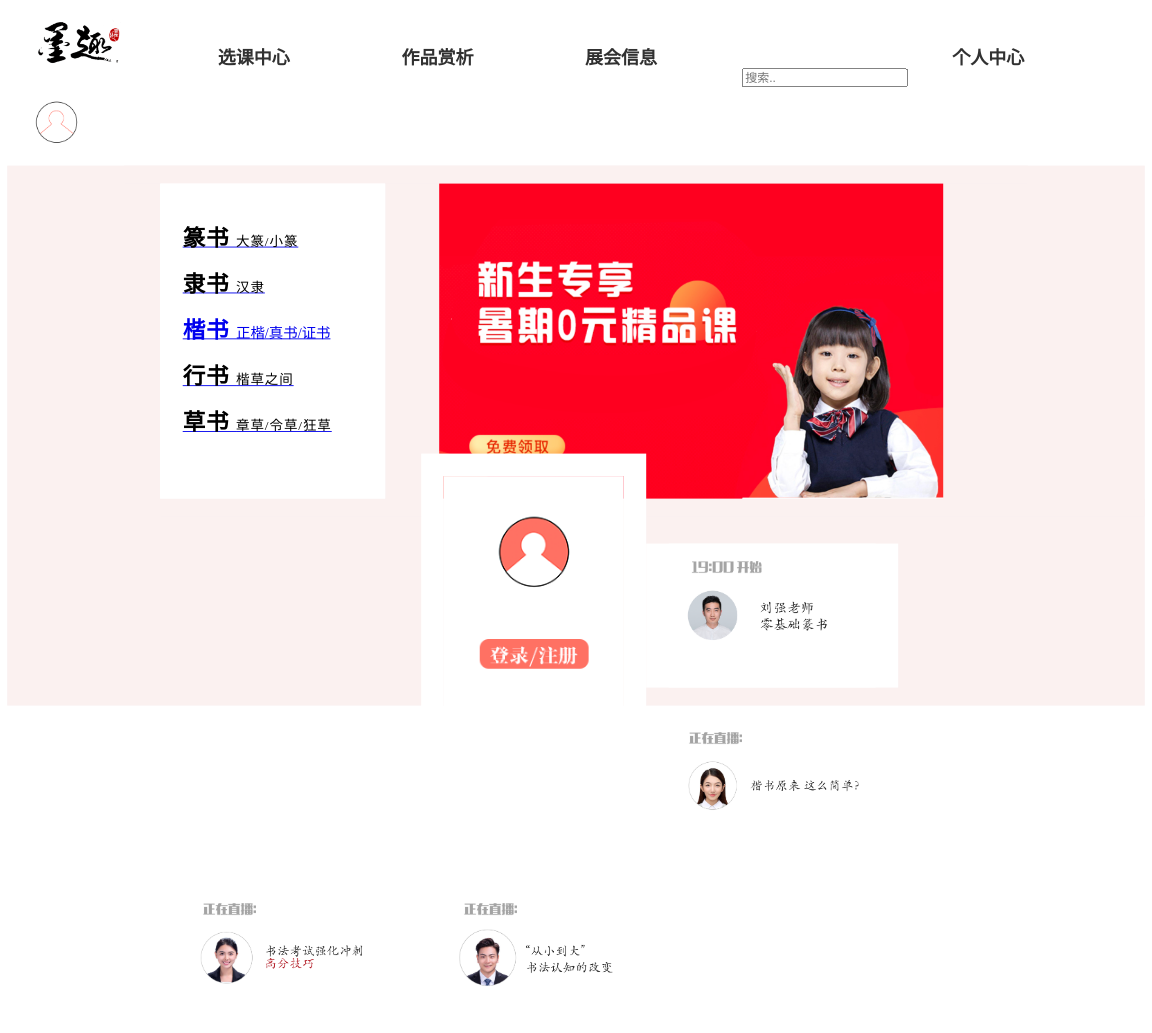
Repository: YukiXueyan/moquWebsite
Page: src/index.html
These files come from the project's save history. The page is drawn as it stood at one moment and after the next save; the edit follows.
The browser window is 1280 px wide. The pictures show the whole page, at 90% of full size.

Above is the page before, as saved 2020-07-04 19:22:07.

### src/index.html
<!DOCTYPE html>
<!--展会信息详情-->
<html>
<head>
<meta charset="utf-8">
<link rel="stylesheet" href="../css/menu.css"/>
<title></title>
<style>
    <!---fbf1f0-->
body {
    margin: 0;
    background-color:#fbf1f0;

}

<!--menu-->
#top1{

    float:top;

}

#main{
    height: 600px;
    float:top;
    background-color: #fbf1f0;

}
#top2{

  height: 350px;
  margin-left: 130px;
  margin-right: 130px;
  border-top:20px solid #fbf1f0;
  float: top;

}
#word1{
  font-size: 25px;
  font-weight:bold;
  letter-spacing: 1px;
}
#word2{
  letter-spacing: 1px;
  font-size: 15px;
  color: black;
}
#top3{
  width: 200px;
  margin-left: 40px;
  height: 300px;
  border:25px solid white;
  background-color: white;
  float: left;
}
#top4{
  width: 540px;
  margin-left: 60px;
  margin-right: 10px;
  height: 300px;

  background-color: white;
  float: left;
}
img{

        margin: auto;
  }
#top5{
  float: top;
  height: 200px;
  margin-left: 170px;

  border-top:20px solid #fbf1f0;
}
.photoClass{
  margin-top: 30px;
  float: left;
  width: 280px;
  height: 160px;
  background-color: white;
  text-align: center;
}
#p1{
  margin-right: 10px;
}


</style>
</head>
<body>
<div id="top1" >
    <ul class="menu">
        <li><a href="index.html"><img src="../image/title.png" width="100" height="50"></a></li>
        <li><a href="chooseCourse.html">选课中心</a></li>
        <li><a href="ArtView.html">作品赏析</a></li>
        <li><a href="information.html">展会信息</a></li>
        <li><input type="text" placeholder="搜索.."></li>
        <li><a href="personalCenter.html">    个人中心    </a></li>
        <li><a href="login.html"><img src="../image/touxiang.png" width=50"></a></li>

    </ul>
</div>

<div id="main">
  <div id="top2">

    <div id="top3">
      <a href="chooseCourse.html">
        <p id="word2"><b id="word1">篆书 </b> 大篆/小篆 </p>
        <p id="word2"><b id="word1">隶书 </b>汉隶</p>
        <p id="word2"></p><b id="word1">楷书 </b>正楷/真书/证书</p>
        <p id="word2"><b id="word1">行书 </b>楷草之间</p>
        <p id="word2"><b id="word1">草书 </b>章草/令草/狂草</p>
      </a>
    </div>

    <div id="top4">
      <img src="../image/course.png" style="overflow:hidden; width: 560px; height: 350px;">

    </div>

    <div id="top3">
      <img src="../image/login.png" style="overflow:hidden; width: 200px; height: 300px;"usemap="#planetmap">
      <map name="planetmap">
        <area shape="rect" coords="40,180,160,215 " alt="Sun" href="login.html">
 </map>
    </div>


</div>
<div id="top5">
  <div class="photoClass" id="p1">
    <a href="chooseCourse.html">
      <img src="../image/i1.png" style="overflow:hidden; width: 230px; height: 160px;">
    </a>
  </div>
  <div class="photoClass" id="p1">
    <a href="chooseCourse.html">
      <img src="../image/i2.png" style="overflow:hidden; width: 230px; height: 160px;">
    </a>
  </div>
  <div class="photoClass" id="p1">
    <a href="chooseCourse.html">
      <img src="../image/i3.png" style="overflow:hidden; width: 230px; height: 160px;">
    </a>
  </div>
  <div class="photoClass">
    <a href="chooseCourse.html">
    <img src="../image/i4.png" style="overflow:hidden; width: 230px; height: 160px;">
  </a>
  </div>
</div>


</body>
</html>

### css/menu.css
.menu {
    margin: 0;
    padding: 0;
    background-color: white;

}
.menu li {
    list-style: none;
    width: 200px;
    display: inline-block;
    background-color: white;
}
.menu li a {
    text-decoration: none;
    position: relative;
    color: #313131;
    font-size: 20px;
    font-weight: 700;
    font-family: sans-serif;
    display: block;
    overflow: hidden;
    transition: 0.7s all;
    padding: 14px 30px;
    text-transform: uppercase;
}
.menu li a:before {
    content: '';
    width: 200px;
    position: absolute;
    border-bottom: 8px solid #313131;
    bottom: 0;
    right: 350px;
    transition: 0.7s all;
}
.menu li a:hover:before {
    right: 0;
}
.menu li a:hover:not(.active) {
    background-color: #ee8c83;
    color: white;
}

After the next save:
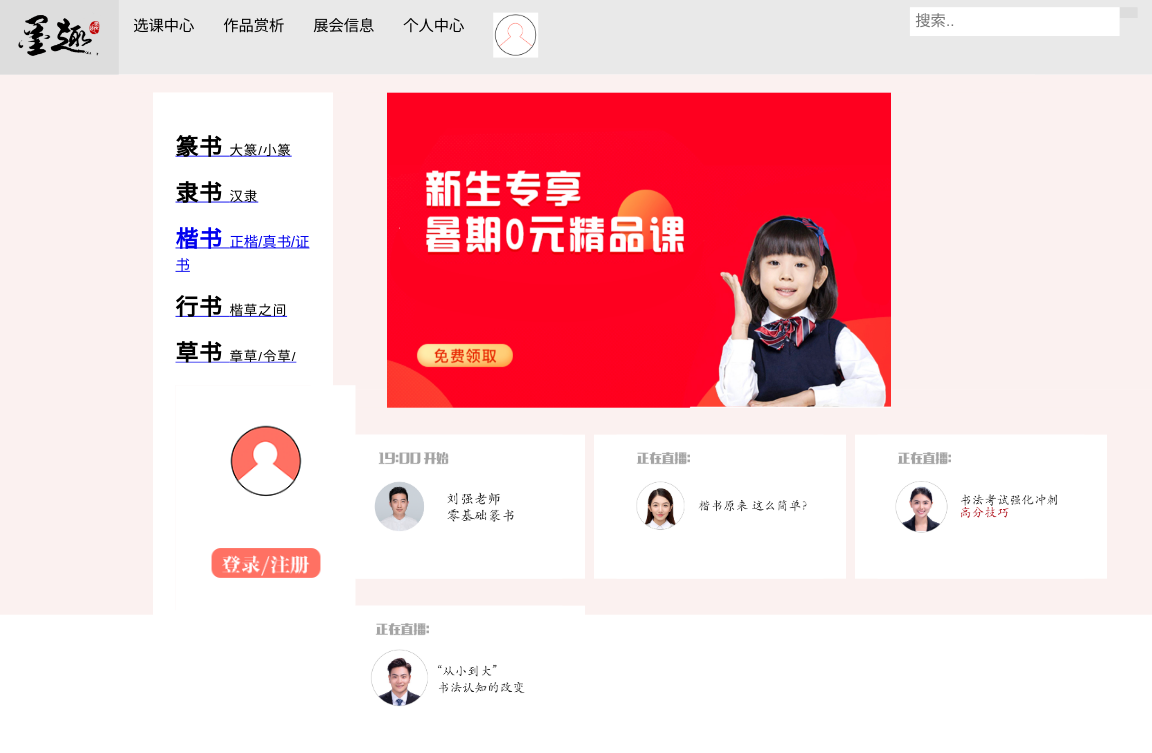
Saved 6 min 17 s later.
--- a/src/index.html
+++ b/src/index.html
@@ -84,24 +84,101 @@ img{
 #p1{
   margin-right: 10px;
 }
-
+* {box-sizing: border-box;}
+
+body {
+  margin: 0;
+  font-family: Arial, Helvetica, sans-serif;
+}
+
+.topnav {
+  overflow: hidden;
+  background-color: #e9e9e9;
+}
+
+.topnav a {
+  float: left;
+  display: block;
+  color: black;
+  text-align: center;
+  padding: 14px 16px;
+  text-decoration: none;
+  font-size: 17px;
+}
+
+.topnav a:hover {
+  background-color: #ddd;
+  color: black;
+}
+
+.topnav a.active {
+  background-color: #2196F3;
+  color: white;
+}
+
+.topnav .search-container {
+  float: right;
+}
+
+.topnav input[type=text] {
+  padding: 6px;
+  margin-top: 8px;
+  font-size: 17px;
+  border: none;
+}
+
+.topnav .search-container button {
+  float: right;
+  padding: 6px 10px;
+  margin-top: 8px;
+  margin-right: 16px;
+  background: #ddd;
+  font-size: 17px;
+  border: none;
+  cursor: pointer;
+}
+
+.topnav .search-container button:hover {
+  background: #ccc;
+}
+
+@media screen and (max-width: 600px) {
+  .topnav .search-container {
+    float: none;
+  }
+  .topnav a, .topnav input[type=text], .topnav .search-container button {
+    float: none;
+    display: block;
+    text-align: left;
+    width: 100%;
+    margin: 0;
+    padding: 14px;
+  }
+  .topnav input[type=text] {
+    border: 1px solid #ccc;
+  }
+}
 
 </style>
 </head>
 <body>
-<div id="top1" >
-    <ul class="menu">
-        <li><a href="index.html"><img src="../image/title.png" width="100" height="50"></a></li>
-        <li><a href="chooseCourse.html">选课中心</a></li>
-        <li><a href="ArtView.html">作品赏析</a></li>
-        <li><a href="information.html">展会信息</a></li>
-        <li><input type="text" placeholder="搜索.."></li>
-        <li><a href="personalCenter.html">    个人中心    </a></li>
-        <li><a href="login.html"><img src="../image/touxiang.png" width=50"></a></li>
-
-    </ul>
+
+
+<div class="topnav">
+  <a href="index.html"><img src="../image/title.png" width="100" height="50"></a>
+  <a href="chooseCourse.html">选课中心</a>
+  <a href="ArtView.html">作品赏析</a>
+  <a href="information.html">展会信息</a>
+  <a href="personalCenter.html">    个人中心    </a>
+  <a href="login.html"><img src="../image/touxiang.png" width=50"></a>
+  <div class="search-container">
+    <form action="/action_page.php">
+      <input type="text" placeholder="搜索.." name="search">
+      <button type="submit"><i class="fa fa-search"></i></button>
+    </form>
+  </div>
+
 </div>
-
 <div id="main">
   <div id="top2">
 
